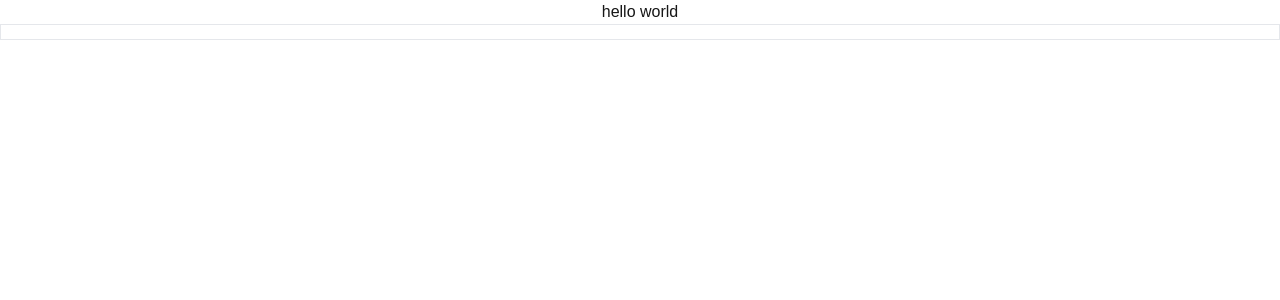
Repository: vitorbelluzzo/CountryInformationApp
Page: / (app in fe/)
An editor plug-in stored every save of this project. The page is shown before and after a run of saves, followed by the edit.
The browser window is 1280 px wide. The pictures show the whole page.
The project was rebuilt for these pictures with package versions that can differ from the ones it lists, and the page was loaded fresh each time. The framework's server and built-in components were replaced by stand-ins that run in the browser. Also part of the build but not shown: fe/next.config.ts.

Above is the page before, as saved 2024-10-29 13:51:21.

After the next 2 saves:
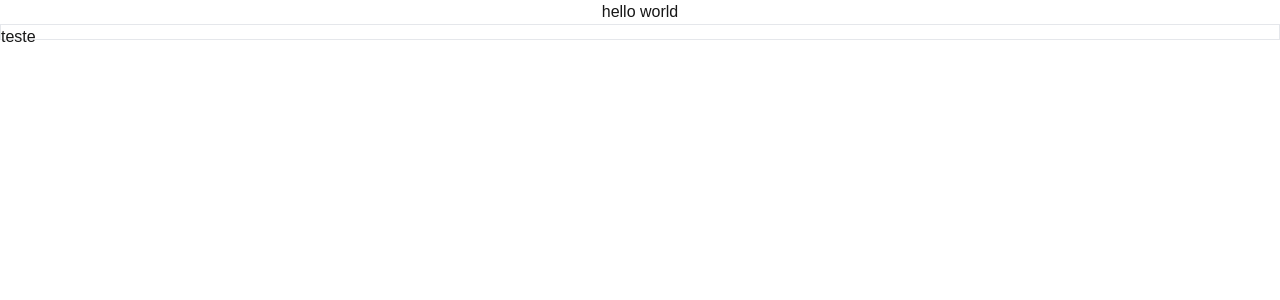
The 2 saves are shown as one change because they came seconds apart.
The last was saved 7 s later.
--- a/fe/src/app/page.tsx
+++ b/fe/src/app/page.tsx
@@ -25,7 +25,7 @@ export default function Home() {
   return (
     <div>
       <p className="text-center">hello world</p>
-      <div className="border h-4"></div>
+      <div className="border h-4 w-auto">teste</div>
     </div>
   );
 }
